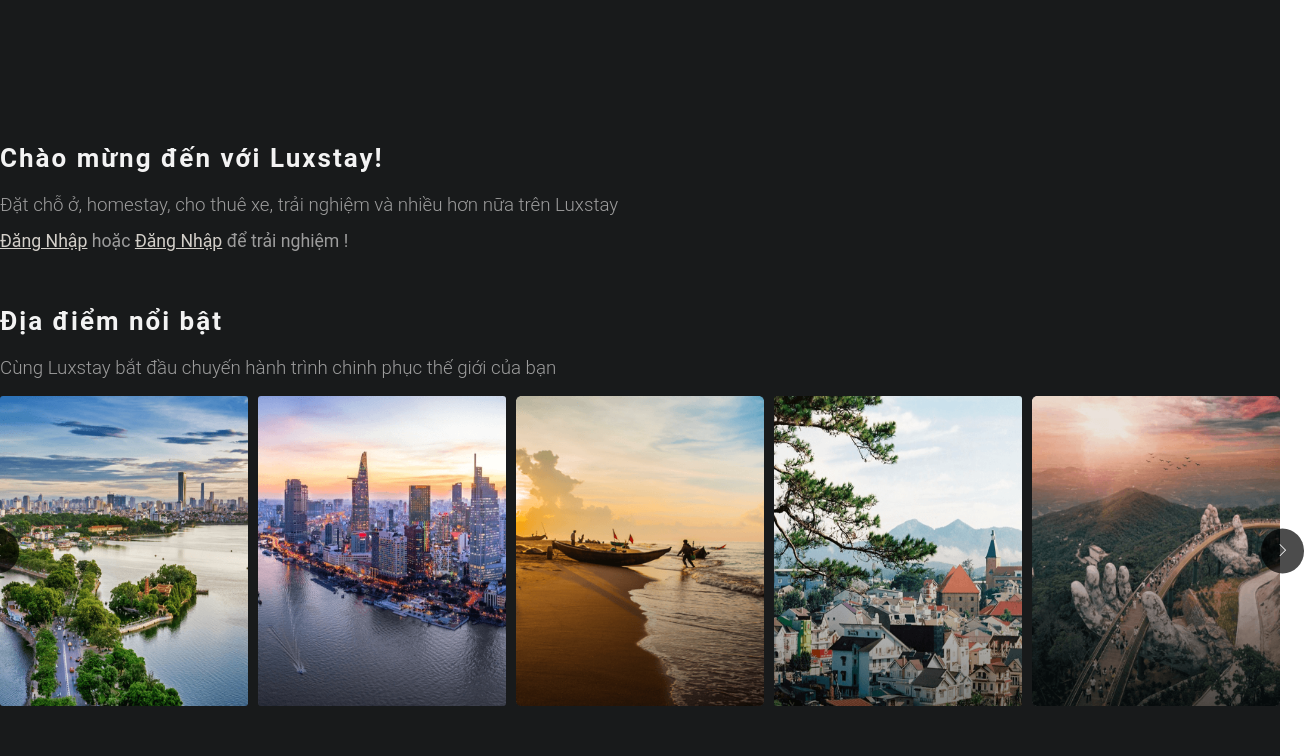
Repository: thuong22062004/Luxstay
Page: index.html
An editor plug-in stored every save of this project. The page is shown before and after the next save, followed by the edit.
The browser window is 1280 px wide. The page is 1304 px wide, so the pictures cover 1304 px, including what lies to the right of the window. The pictures show the whole page.
Some web libraries are served in a nearby version.

Above is the page before, as saved 2021-11-20 23:27:39.
Console error: TypeError: Cannot read properties of undefined (reading 'offsetWidth')

After the next save:
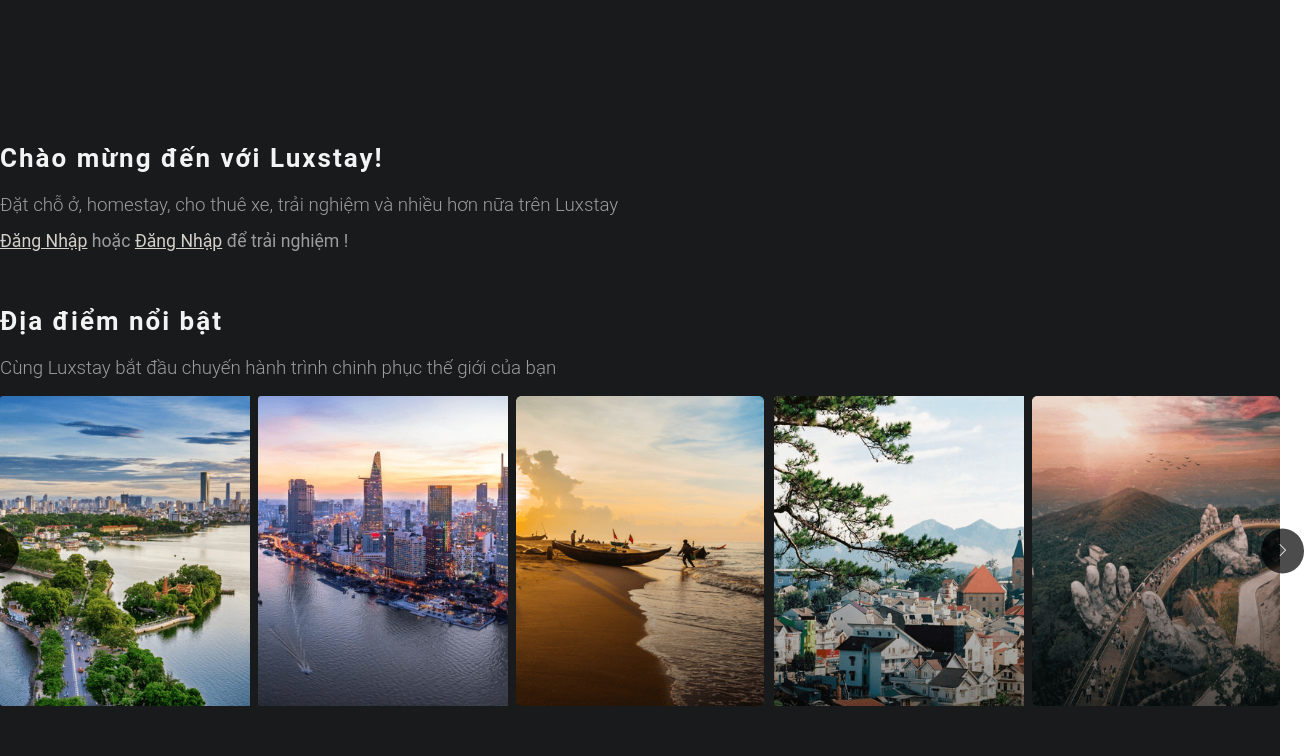
Saved 2 min 47 s later.
--- a/travel/dif.css
+++ b/travel/dif.css
@@ -330,12 +330,10 @@
     padding-bottom: 50px;
 }
 .img__local-list{
-    width: 248px;
     position: relative;
     overflow: hidden;
 }
 .img__local-item{
-    width: 248px;
     height:310px;
     border-radius: 3px;
 }
